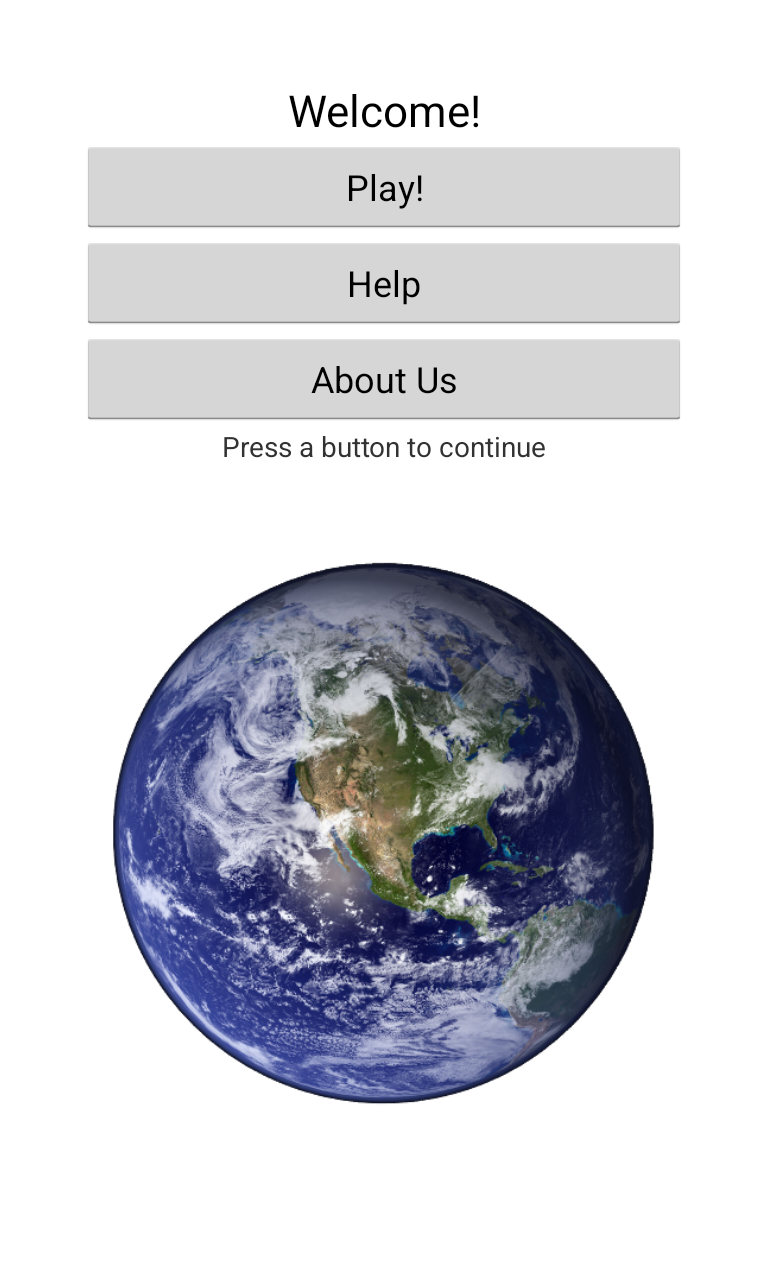
Repository: AGNT/Mobile_application_SU13
Layout: android/Locate/res/layout/activity_menu.xml
An editor plug-in stored every save of this project. The layout is shown before and after the next save, followed by the edit.
It is drawn on a 768 x 1280 px phone screen (xhdpi) without system bars, with theme AppTheme; the app's code is not run.

Above is the layout before, as saved 2013-08-05 17:34:22.

### android/Locate/res/layout/activity_menu.xml
<LinearLayout xmlns:android="http://schemas.android.com/apk/res/android"
    xmlns:tools="http://schemas.android.com/tools"
    android:layout_width="match_parent"
    android:layout_height="match_parent"
    android:orientation="vertical"
    android:padding="40dp"
    android:paddingBottom="@dimen/activity_vertical_margin"
    android:paddingLeft="@dimen/activity_horizontal_margin"
    android:paddingRight="@dimen/activity_horizontal_margin"
    android:paddingTop="@dimen/activity_vertical_margin"
    tools:context=".Menu" >

    <TextView
        android:id="@+id/textView1"
        android:layout_width="match_parent"
        android:layout_height="wrap_content"
        android:gravity="center"
        android:text="Welcome!"
        android:textAppearance="?android:attr/textAppearanceLarge" />

    <Button
        android:id="@+id/button1"
        android:layout_width="match_parent"
        android:layout_height="wrap_content"
        android:text="Play!" />

    <Button
        android:id="@+id/button2"
        android:layout_width="match_parent"
        android:layout_height="wrap_content"
        android:text="Help" />

    <Button
        android:id="@+id/button3"
        android:layout_width="match_parent"
        android:layout_height="wrap_content"
        android:text="About Us" />

    <TextView
        android:id="@+id/textView2"
        android:layout_width="match_parent"
        android:layout_height="wrap_content"
        android:gravity="center"
        android:text="Press a button to continue"
        android:textAppearance="?android:attr/textAppearanceSmall" />

    <ImageView
        android:id="@+id/imageView1"
        android:layout_width="match_parent"
        android:layout_height="196dp"
        android:layout_weight="0.66"
        android:src="@drawable/ic_launcher" />

</LinearLayout>

Loaded but not shown: android/Locate/res/values/styles.xml (common file); android/Locate/res/values-v11/styles.xml (common file); android/Locate/res/values-v14/styles.xml (common file); android/Locate/res/values/dimens.xml (common file)

After the next save:
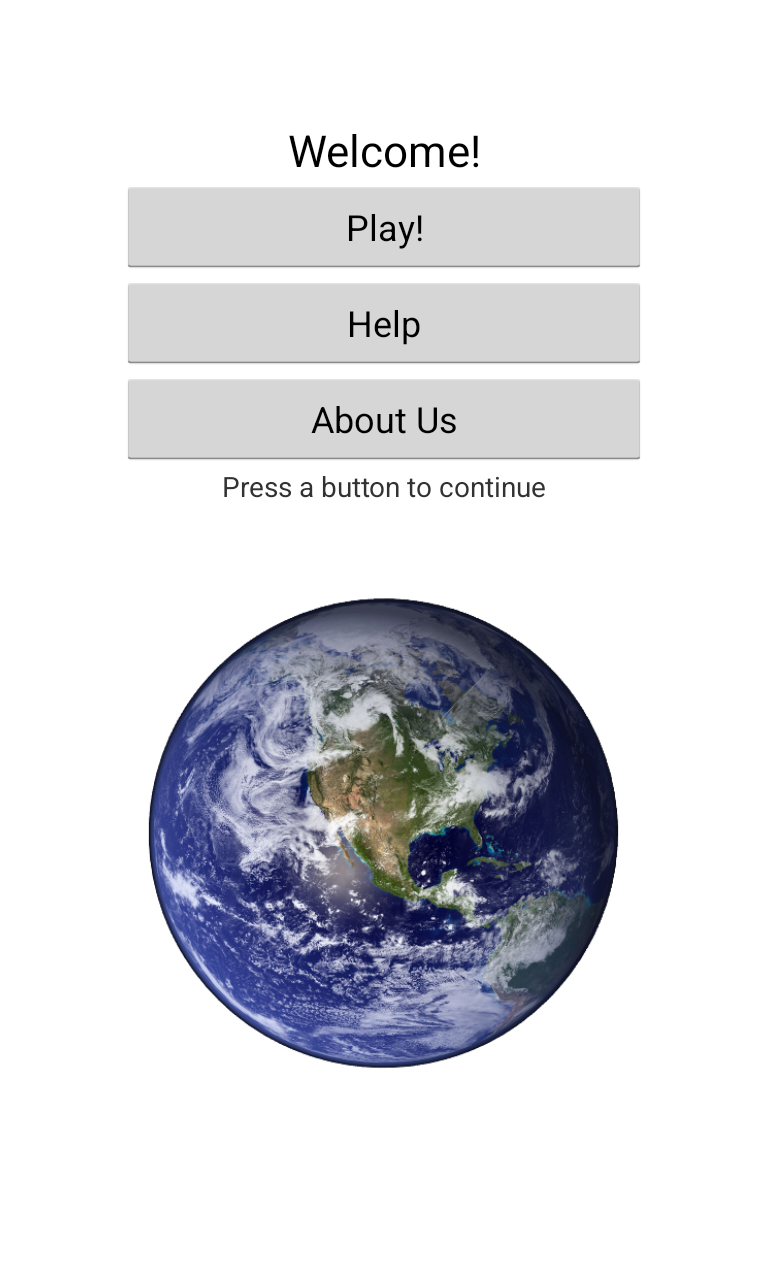
Saved 33 s later.
--- a/android/Locate/res/layout/activity_menu.xml
+++ b/android/Locate/res/layout/activity_menu.xml
@@ -3,7 +3,7 @@
     android:layout_width="match_parent"
     android:layout_height="match_parent"
     android:orientation="vertical"
-    android:padding="40dp"
+    android:padding="60dp"
     android:paddingBottom="@dimen/activity_vertical_margin"
     android:paddingLeft="@dimen/activity_horizontal_margin"
     android:paddingRight="@dimen/activity_horizontal_margin"
